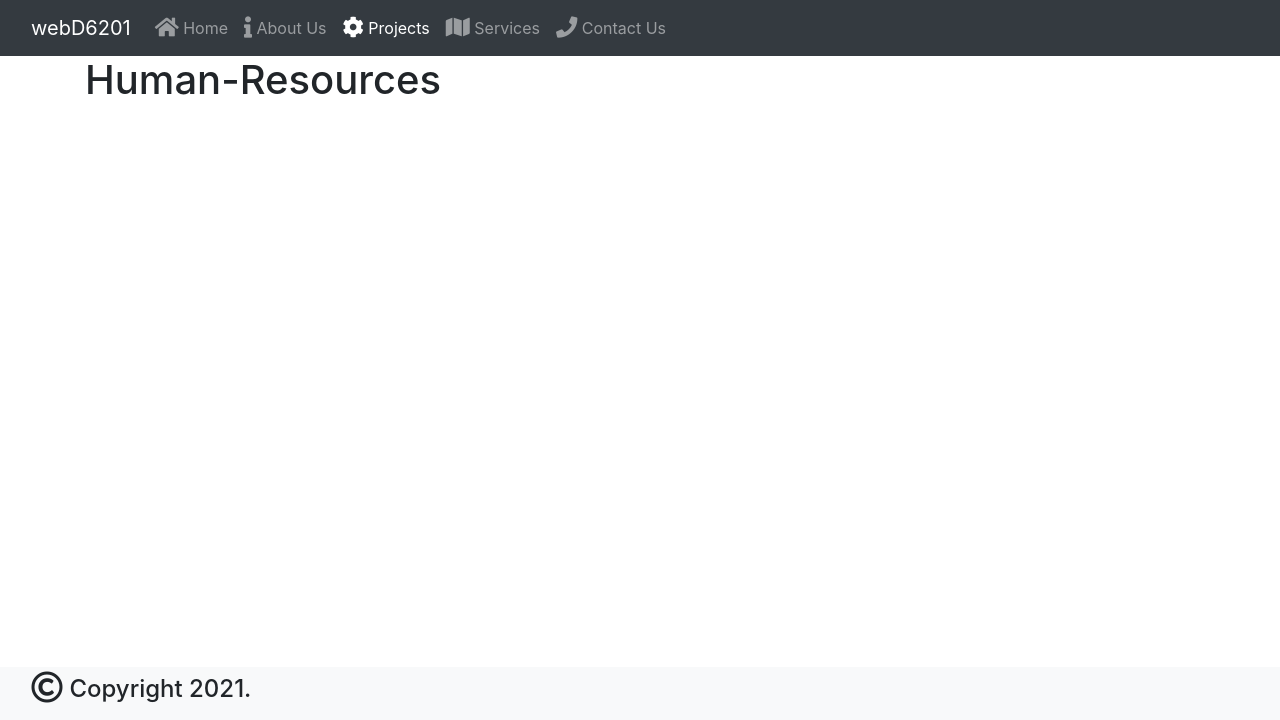
Repository: arbin6ix/ICE-2
Page: Human-Resources.html
An editor plug-in stored every save of this project. The page is shown before and after the next save, followed by the edit.
The browser window is 1280 px wide. The pictures show the whole page.

Above is the page before, as saved 2021-02-05 20:46:01.

After the next save:
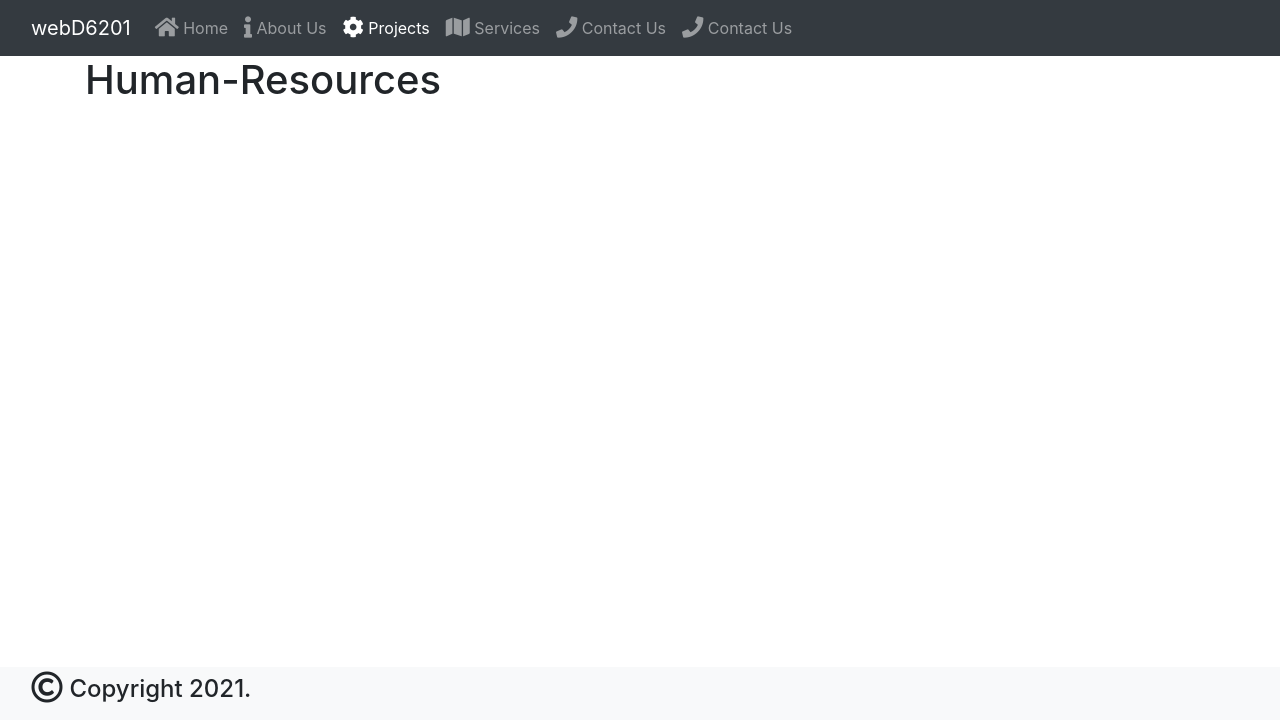
Saved 98 s later.
--- a/Human-Resources.html
+++ b/Human-Resources.html
@@ -40,6 +40,9 @@
                   <li class="nav-item">
                     <a class="nav-link" aria-current="page" href="contact.html"><i class="fas fa-phone fa-lg"></i> Contact Us</a>
                   </li>
+                  <li class="nav-item">
+                    <a class="nav-link" aria-current="page" href="human-resources.html"><i class="fas fa-phone fa-lg"></i> Contact Us</a>
+                  </li>
                 </ul>
               </div>
             </div>
